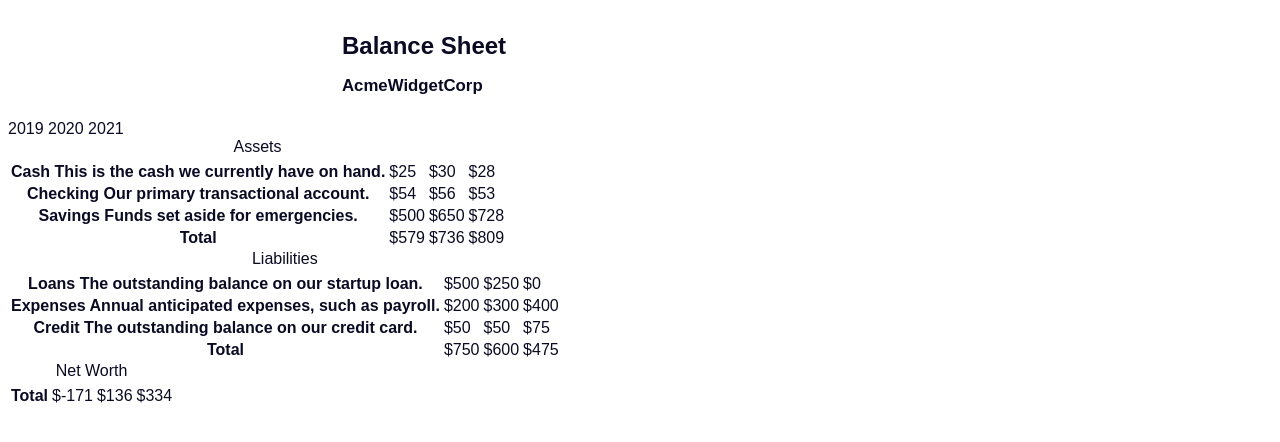
Repository: cipdanila/freeCodeCamp
Page: BalanceSheet/index.html
An editor plug-in stored every save of this project. The page is shown before and after the next save, followed by the edit.
The browser window is 1280 px wide. The pictures show the whole page.

Above is the page before, as saved 2023-10-19 18:18:29.

### BalanceSheet/index.html
<!DOCTYPE html>
<html lang="en">
    <head>
        <meta charset="UTF-8" />
        <meta name="viewport" content="width=device-width, initial-scale=1.0" />
        <title>Balance Sheet</title>
        <link rel="stylesheet" href="./styles.css" />
    </head>
    <body>
        <main>
            <section>
                <h1>
                    <span class="flex">
                        <span>AcmeWidgetCorp</span>
                        <span>Balance Sheet</span>
                    </span>
                </h1>
                <div id="years" aria-hidden="true">
                    <span class="year">2019</span>
                    <span class="year">2020</span>
                    <span class="year">2021</span>
                </div>
                <div class="table-wrap">
                    <table>
                        <caption>
                            Assets
                        </caption>
                        <thead>
                            <tr>
                                <td></td>
                                <th><span class="sr-only year">2019</span></th>
                                <th><span class="sr-only year">2020</span></th>
                                <th class="current">
                                    <span class="sr-only year">2021</span>
                                </th>
                            </tr>
                        </thead>
                        <tbody>
                            <tr class="data">
                                <th>
                                    Cash
                                    <span class="description"
                                        >This is the cash we currently have on
                                        hand.</span
                                    >
                                </th>
                                <td>$25</td>
                                <td>$30</td>
                                <td class="current">$28</td>
                            </tr>
                            <tr class="data">
                                <th>
                                    Checking
                                    <span class="description"
                                        >Our primary transactional
                                        account.</span
                                    >
                                </th>
                                <td>$54</td>
                                <td>$56</td>
                                <td class="current">$53</td>
                            </tr>
                            <tr class="data">
                                <th>
                                    Savings
                                    <span class="description"
                                        >Funds set aside for emergencies.</span
                                    >
                                </th>
                                <td>$500</td>
                                <td>$650</td>
                                <td class="current">$728</td>
                            </tr>
                            <tr class="total">
                                <th>
                                    Total <span class="sr-only">Assets</span>
                                </th>
                                <td>$579</td>
                                <td>$736</td>
                                <td class="current">$809</td>
                            </tr>
                        </tbody>
                    </table>
                    <table>
                        <caption>
                            Liabilities
                        </caption>
                        <thead>
                            <tr>
                                <td></td>
                                <th><span class="sr-only">2019</span></th>
                                <th><span class="sr-only">2020</span></th>
                                <th><span class="sr-only">2021</span></th>
                            </tr>
                        </thead>
                        <tbody>
                            <tr class="data">
                                <th>
                                    Loans
                                    <span class="description"
                                        >The outstanding balance on our startup
                                        loan.</span
                                    >
                                </th>
                                <td>$500</td>
                                <td>$250</td>
                                <td class="current">$0</td>
                            </tr>
                            <tr class="data">
                                <th>
                                    Expenses
                                    <span class="description"
                                        >Annual anticipated expenses, such as
                                        payroll.</span
                                    >
                                </th>
                                <td>$200</td>
                                <td>$300</td>
                                <td class="current">$400</td>
                            </tr>
                            <tr class="data">
                                <th>
                                    Credit
                                    <span class="description"
                                        >The outstanding balance on our credit
                                        card.</span
                                    >
                                </th>
                                <td>$50</td>
                                <td>$50</td>
                                <td class="current">$75</td>
                            </tr>
                            <tr class="total">
                                <th>
                                    Total
                                    <span class="sr-only">Liabilities</span>
                                </th>
                                <td>$750</td>
                                <td>$600</td>
                                <td class="current">$475</td>
                            </tr>
                        </tbody>
                    </table>
                    <table>
                        <caption>
                            Net Worth
                        </caption>
                        <thead>
                            <tr>
                                <td></td>
                                <th><span class="sr-only">2019</span></th>
                                <th><span class="sr-only">2020</span></th>
                                <th><span class="sr-only">2021</span></th>
                            </tr>
                        </thead>
                        <tbody>
                            <tr class="total">
                                <th>
                                    Total <span class="sr-only">Net Worth</span>
                                </th>
                                <td>$-171</td>
                                <td>$136</td>
                                <td class="current">$334</td>
                            </tr>
                        </tbody>
                    </table>
                </div>
            </section>
        </main>
    </body>
</html>

### BalanceSheet/styles.css
html {
    box-sizing: border-box;
}

body {
    font-family: sans-serif;
    color: #0a0a23;
}

span[class~="sr-only"] {    /* select any span element whose class are "sr-only" */
    border: 0;
    clip: rect(1px, 1px, 1px, 1px); /* define the visible portions of an element */
    clip-path: inset(50%);          /* determines the shape clip property should take */
    width: 1px;
    height: 1px;
    overflow: hidden;
    white-space: nowrap;
    position: absolute;
    padding: 0;
    margin: -1px;
}

h1 {
    max-width: 37.25rem;
    margin: 0 auto;
    padding: 1.5rem 1.25rem;
}

h1 .flex {
    display: flex;
    flex-direction: column-reverse;
    gap: 1rem;
}

h1 .flex span:first-of-type {           /* target the first element that matches the selector */
                                        /* since span elements are reversed, it will apply to second element */
    font-size: 0.7em;                   /* make the font to look like sub-header */
}

h1 .flex span:first-of-type {           /* target the first element that matches the selector */
    /* since span elements are reversed, it will apply to second element */
font-size: 0.7em;                   /* make the font to look like sub-header */
}

After the next save:
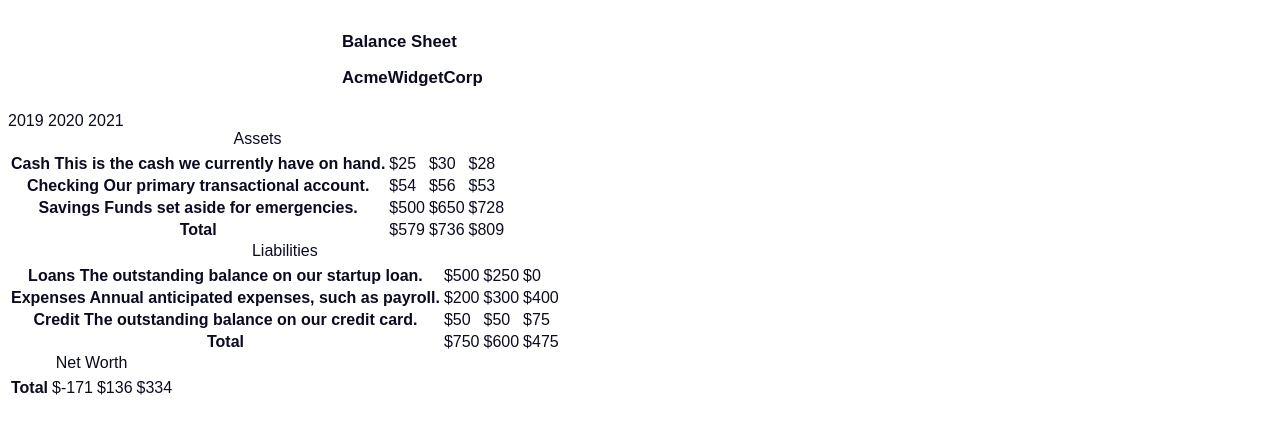
Saved 46 s later.
--- a/BalanceSheet/styles.css
+++ b/BalanceSheet/styles.css
@@ -37,7 +37,6 @@ h1 .flex span:first-of-type {           /* target the first element that matches
     font-size: 0.7em;                   /* make the font to look like sub-header */
 }
 
-h1 .flex span:first-of-type {           /* target the first element that matches the selector */
-    /* since span elements are reversed, it will apply to second element */
-font-size: 0.7em;                   /* make the font to look like sub-header */
+h1 .flex span:last-of-type {            /* target the last element that matches the selector */
+    font-size: 0.7em;                   /* make the font to look like sub-header */
 }
